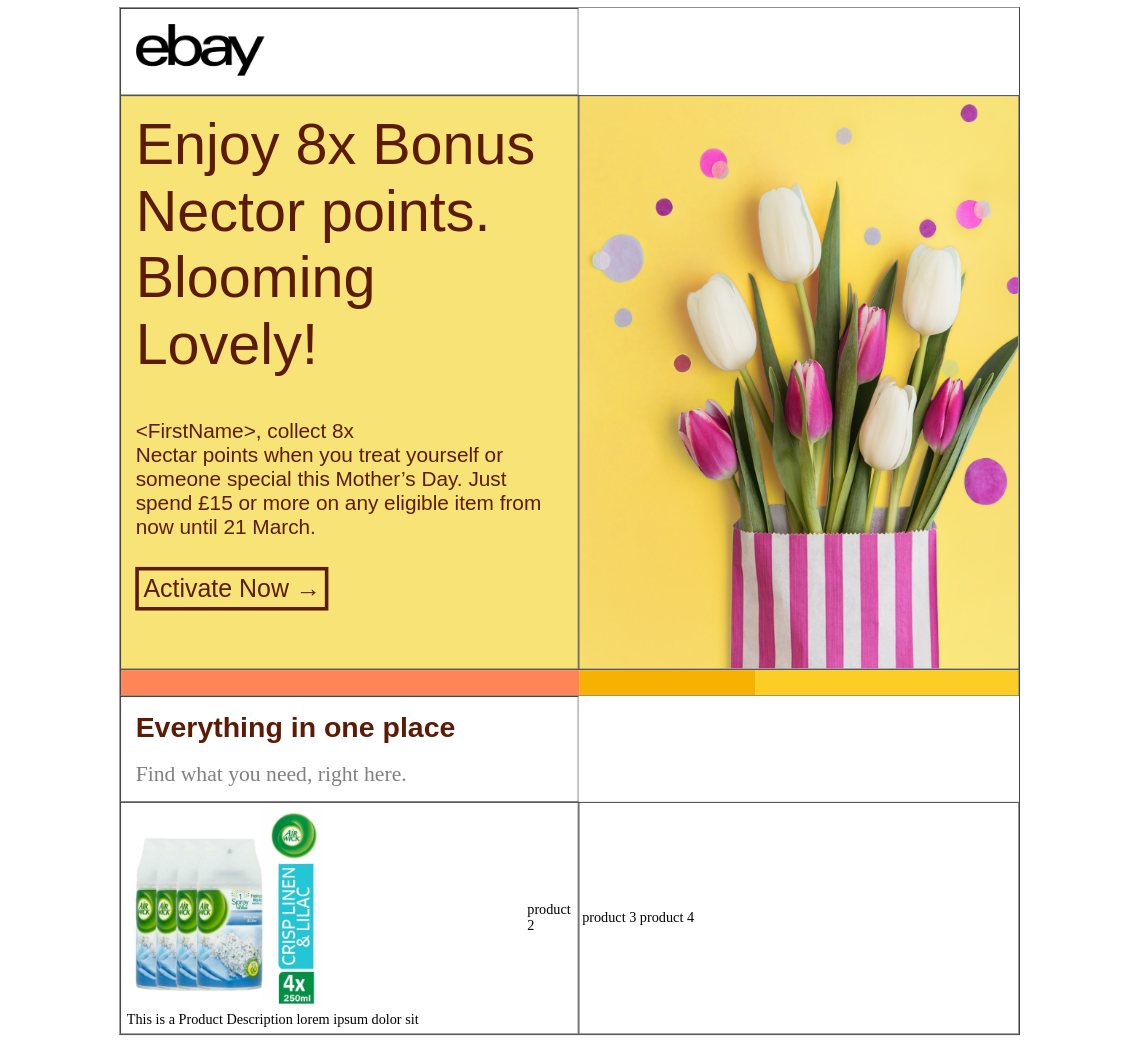
Repository: AnkurDevv/feed-dev-test
Page: index.html
The author's editor kept a copy of each file at every save. The page is drawn from the files as they stood at one save, then again after the next save.
The browser window is 1280 px wide. The pictures show the whole page, at 89% of full size.

Above is the page before, as saved 2020-03-29 17:45:58.

After the next save:
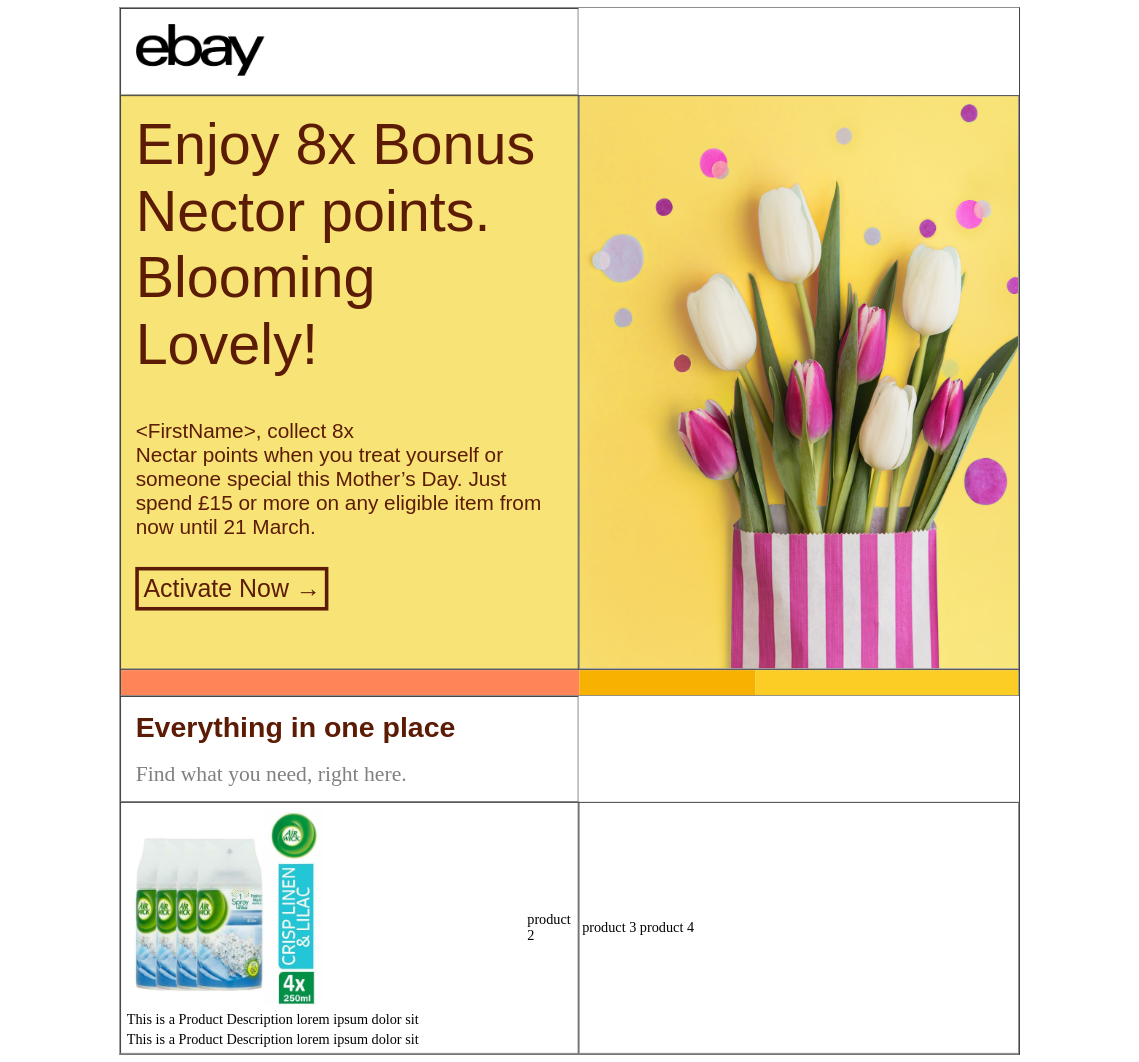
Saved 32 s later.
--- a/index.html
+++ b/index.html
@@ -128,6 +128,11 @@
                     This is a Product Description lorem ipsum dolor sit
                   </td>
                 </tr>
+                <tr class="product-price">
+                  <td>
+                    This is a Product Description lorem ipsum dolor sit
+                  </td>
+                </tr>
               </table>
             </td>
             <!-- PRODUCT 2 -->
